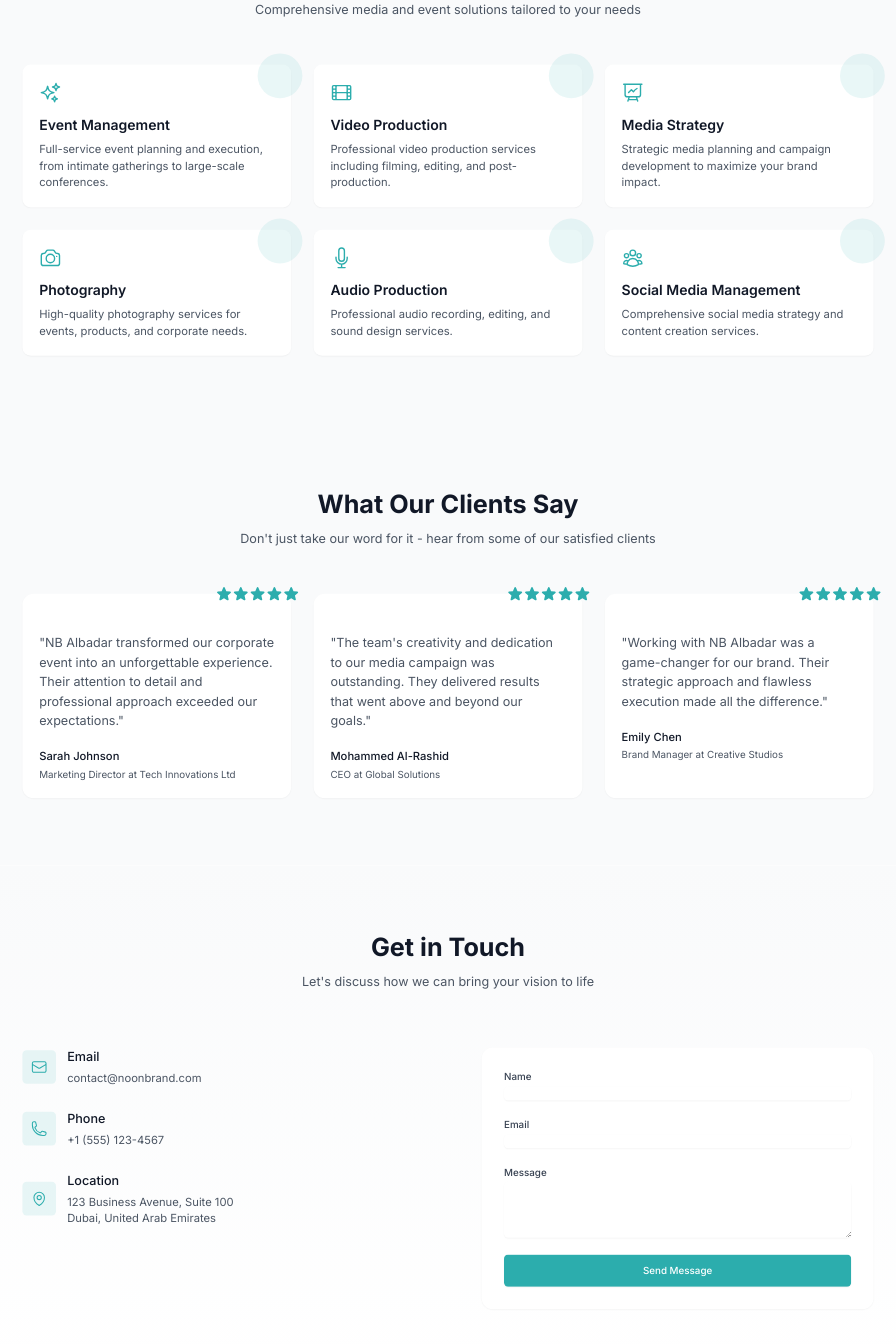
Repository: omartetano99/nb-albadr-website
Page: /
These files come from the project's save history. The page is drawn as it stood at one moment and after the next save; the edit follows.
The browser window is 1280 px wide. The pictures show the part of the page from y = 1375 to 3295 px (the page is 3710 px tall), at 70% of full size.
The project was rebuilt for these pictures with package versions that can differ from the ones it lists, and the page was loaded fresh each time. The framework's server and built-in components were replaced by stand-ins that run in the browser. Also part of the build but not shown: next.config.mjs.

Above is the page before, as saved 2025-01-31 17:34:29.

After the next save:
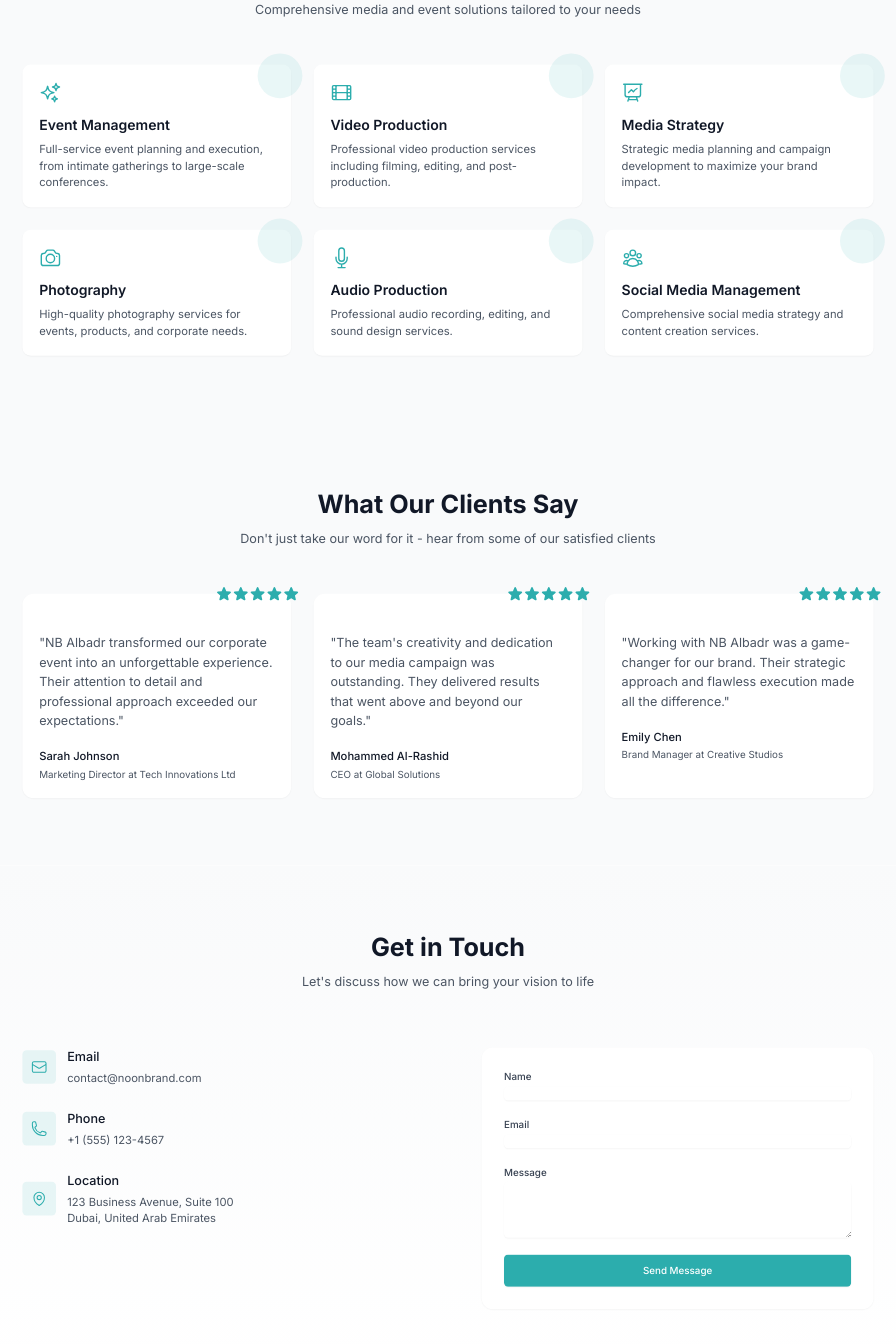
Saved 12 s later.
--- a/src/components/Testimonials.tsx
+++ b/src/components/Testimonials.tsx
@@ -10,7 +10,7 @@ const content = {
     subtitle: 'Don\'t just take our word for it - hear from some of our satisfied clients',
     testimonials: [
       {
-        content: "NB Albadar transformed our corporate event into an unforgettable experience. Their attention to detail and professional approach exceeded our expectations.",
+        content: "NB Albadr transformed our corporate event into an unforgettable experience. Their attention to detail and professional approach exceeded our expectations.",
         author: "Sarah Johnson",
         role: "Marketing Director",
         company: "Tech Innovations Ltd",
@@ -22,7 +22,7 @@ const content = {
         company: "Global Solutions",
       },
       {
-        content: "Working with NB Albadar was a game-changer for our brand. Their strategic approach and flawless execution made all the difference.",
+        content: "Working with NB Albadr was a game-changer for our brand. Their strategic approach and flawless execution made all the difference.",
         author: "Emily Chen",
         role: "Brand Manager",
         company: "Creative Studios",
